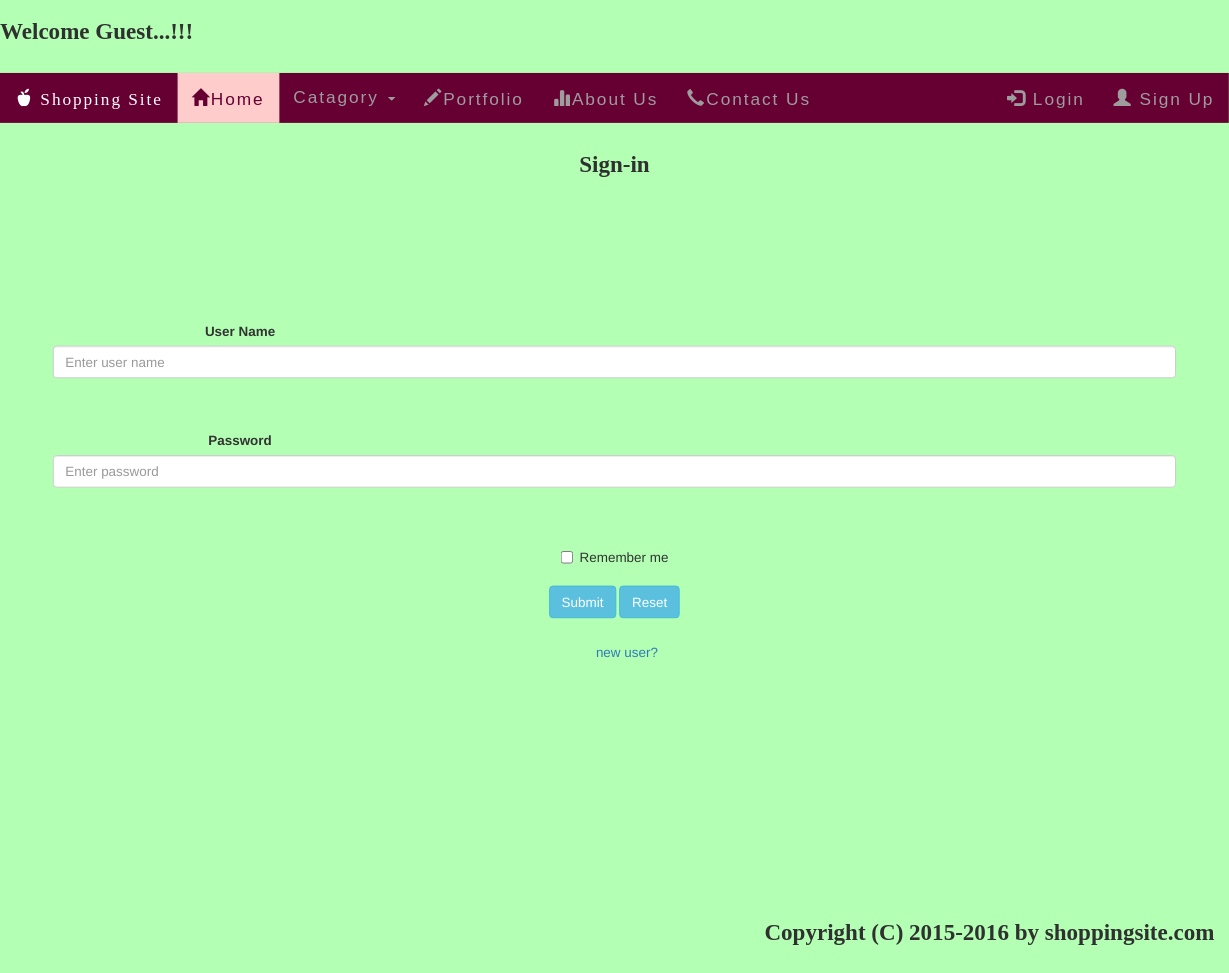
Repository: priyasuthakar/priya
Page: http://localhost/Apple/WEB-INF/views/login.jsp
An editor plug-in stored every save of this project. The page is shown before and after the next save, followed by the edit.
The browser window is 1280 px wide. The pictures show the whole page, at 96% of full size.
The page is served by Tomcat 9. Nobody is signed in. Other server files are loaded and not shown. The template is opened directly, without the code that normally fills it, so the values that code supplies are empty.

Above is the page before, as saved 2016-08-23 06:34:16.

### Apple/src/main/webapp/WEB-INF/views/login.jsp
<%@ page language="java" contentType="text/html; charset=ISO-8859-1"
	pageEncoding="ISO-8859-1"%>
<%@ taglib uri="http://java.sun.com/jsp/jstl/core" prefix="c"%>
<%@ taglib uri="http://www.springframework.org/tags" prefix="spring"%>
<%@ taglib uri="http://www.springframework.org/tags/form" prefix="form"%>
<%-- <%@ page session="false"%> --%>
<%@page isELIgnored="false"%>

<!DOCTYPE html PUBLIC "-//W3C//DTD HTML 4.01 Transitional//EN" "http://www.w3.org/TR/html4/loose.dtd">
<html>
<head>
<meta http-equiv="Content-Type" content="text/html; charset=ISO-8859-1">
<meta name="viewport" content="width=device-width, initial-scale=1">
<title>Login</title>
<!-- Latest compiled and minified CSS -->
<link rel="stylesheet"
	href="http://maxcdn.bootstrapcdn.com/bootstrap/3.3.6/css/bootstrap.min.css">

<!-- jQuery library -->
<script
	src="https://ajax.googleapis.com/ajax/libs/jquery/1.12.4/jquery.min.js"></script>

<!-- Latest compiled JavaScript -->
<script
	src="http://maxcdn.bootstrapcdn.com/bootstrap/3.3.6/js/bootstrap.min.js"></script>
<style>
h1 {
	font-size: 24px;
	color: #303030;
	font-weight: 600;
	margin-bottom: 30px;
	font-size: 24px;
}

.navbar {
	margin-bottom: 0;
	background-color: #660033;
	z-index: 9999;
	border: 0;
	font-size: 18px !important;
	line-height: 1.42857143 !important;
	letter-spacing: 2px;
	border-radius: 0;
	font-family: Montserrat, sans-serif;
}

.navbar .navbar-brand {
	color: #FFFFFF !important;
}

.navbar .li a {
	color: #FFF !important;
}

.navbar-nav li a:hover, .navbar-nav li.active a {
	color: #660033 !important;
	background-color: #FFCCCC !important;
}

.navbar-default .navbar-toggle {
	border-color: transparent;
	color: #FFCCCC !important;
}

footer .glyphicon {
	font-size: 24px;
	margin-bottom: 20px;
	color: #660033;
}
</style>

</head>
<body id="log" style="background-color: #b3ffb3">
<%@include file="Header.jsp"%>
<font face="Harlow Solid Italic"><h1>${errorMessage}</h1></font>

	<font face="Harlow Solid Italic"><h1>${successMessage}</h1></font>
	<center>
		<font face="Harlow Solid Italic"><h1>Sign-in</h1></font> <br> <br> <br> <br> <br> <br>
		<div class="container">
			<form action="login" method="post" class="form-horizontal" role="form">
				<center>
					<div class="form-group">
						<label class="col-lg-4">User Name</label>
							<input class="col-sm-4 form-control" type="text" name="username" placeholder="Enter user name"
								required="true" title="should not be empty" />
						</div>
					<br> <br>
					<div class="form-group">
						<label class="col-lg-4">Password</label>

							<input class="col-sm-4 form-control" type="password" name="password"
								placeholder="Enter password" required="true"
								title="should not be empty" />

					</div>
					<br> <br>
				</center>
				<div class="checkbox">
					<label><input type="checkbox"> Remember me</label>
				</div>
				<br>
				<div>
					<input type="submit" class="btn btn-info" /> <input type="reset"
						class="btn btn-info" />
				</div>
				<br>
				<div>

					<a href="reg"><input type="button"
						class="btn btn-link" />new user?</a>
				</div>
				<br> <br> <input type="hidden" name="${_csrf.parameterName }"
					value="${_csrf.token}" />
				<!-- 	<a href="login" class="btn btn-default" role="button">Reset</a> -->
			</form>
		</div>
	</center>
	<br>
	<br>
	<br>
	<br>
	<br>
	<br>
	<br>
	<br>
	<br>
	<br>
	<footer class="container-fluid bg-4 text-center">
	<%@include file="Footer.jsp"%>
	</footer>
</body>
</html>

### Apple/src/main/webapp/WEB-INF/views/Header.jsp
<%@ page language="java" contentType="text/html; charset=ISO-8859-1"
	pageEncoding="ISO-8859-1"%>
<%@ taglib uri="http://java.sun.com/jsp/jstl/core" prefix="c"%>
<!DOCTYPE html PUBLIC "-//W3C//DTD HTML 4.01 Transitional//EN" "http://www.w3.org/TR/html4/loose.dtd">
<html>
<head>
<meta http-equiv="Content-Type" content="text/html; charset=ISO-8859-1">
</head>
<body>
	<c:choose>
		<c:when test="${empty loggedInUser}">
			<font face="Harlow Solid Italic"><h1>Welcome Guest...!!!</h1></font>
		</c:when>
		<c:when test="${not empty loggedInUser}">
			<font face="Harlow Solid Italic"><h1>${loggedInUser}</h1></font>
		</c:when>
	</c:choose>
	<div class="responsive">
		<nav class="navbar navbar-inverse">
		<div class="container-fluid">
			<div class="navbar-header">
				<a class="navbar-brand"> <span class="glyphicon glyphicon-apple"></span>
					<font face="Script MT Bold"> Shopping Site </font>
				</a>
			</div>
			<ul class="nav navbar-nav">
				<li class="active"><a href="Home"><span
						class="glyphicon glyphicon-home"></span>Home</a></li>
				<li class="dropdown"><a class="dropdown-toggle"
					data-toggle="dropdown" href="#"> Catagory <span class="caret"></span></a>
					<ul class="dropdown-menu">
						<li><a href="product1?catname=Desktop">Desktop</a></li>
						<li><a href="product1?catname=Laptop">Laptop</a></li>
						<li><a href="product1?catname=Iphone">Iphone</a></li>
						<li><a href="product1?catname=Ipad">Ipad</a></li>
						<li><a href="product1?catname=Ipod">Ipod</a></li>
						<li><a href="product1?catname=Accessories">Accessories</a></li>
					</ul></li>
				<li><a href="portfolio"><span
						class="glyphicon glyphicon-pencil"></span>Portfolio</a></li>
				<li><a href="about"><span class="glyphicon glyphicon-stats"></span>About
						Us</a></li>
				<li><a href="contactus"><span
						class="glyphicon glyphicon-earphone"></span>Contact Us</a></li>
			</ul>
			<ul class="nav navbar-nav navbar-right">
					<c:choose>
					<c:when test="${empty loggedInUser}">
						<li><a href="login"><span
								class="glyphicon glyphicon-log-in"></span> Login</a></li>
						<li><a href="reg"><span class="glyphicon glyphicon-user"></span>
								Sign Up</a></li>
					</c:when>
					<c:when test="${not empty loggedInUser}">
					<li><a href="viewcart"><span
							class="glyphicon glyphicon-shopping-cart"></span>Cart</a></li>
						<li><a href="logout"><span
								class="glyphicon glyphicon-user"></span> Logout</a></li>
					</c:when>
				</c:choose>
			</ul>
		</div>
		</nav>
	</div>
</body>
</html>

### Apple/src/main/webapp/WEB-INF/views/Footer.jsp
<%@ page language="java" contentType="text/html; charset=ISO-8859-1"
    pageEncoding="ISO-8859-1"%>
<!DOCTYPE html PUBLIC "-//W3C//DTD HTML 4.01 Transitional//EN" "http://www.w3.org/TR/html4/loose.dtd">
<html>
<head>
<meta http-equiv="Content-Type" content="text/html; charset=ISO-8859-1">
<title>footer</title>
</head>
<body>
<nav>
<ul class="nav navbar-nav navbar-right">
<footer class="container-fluid bg-4 text-center">
  <font face="Harlow Solid Italic" color="#FFFFF"><h1>Copyright (C) 2015-2016 by shoppingsite.com </h1></font>
</footer>
</ul>
</nav>
</body>
</html>

After the next save:
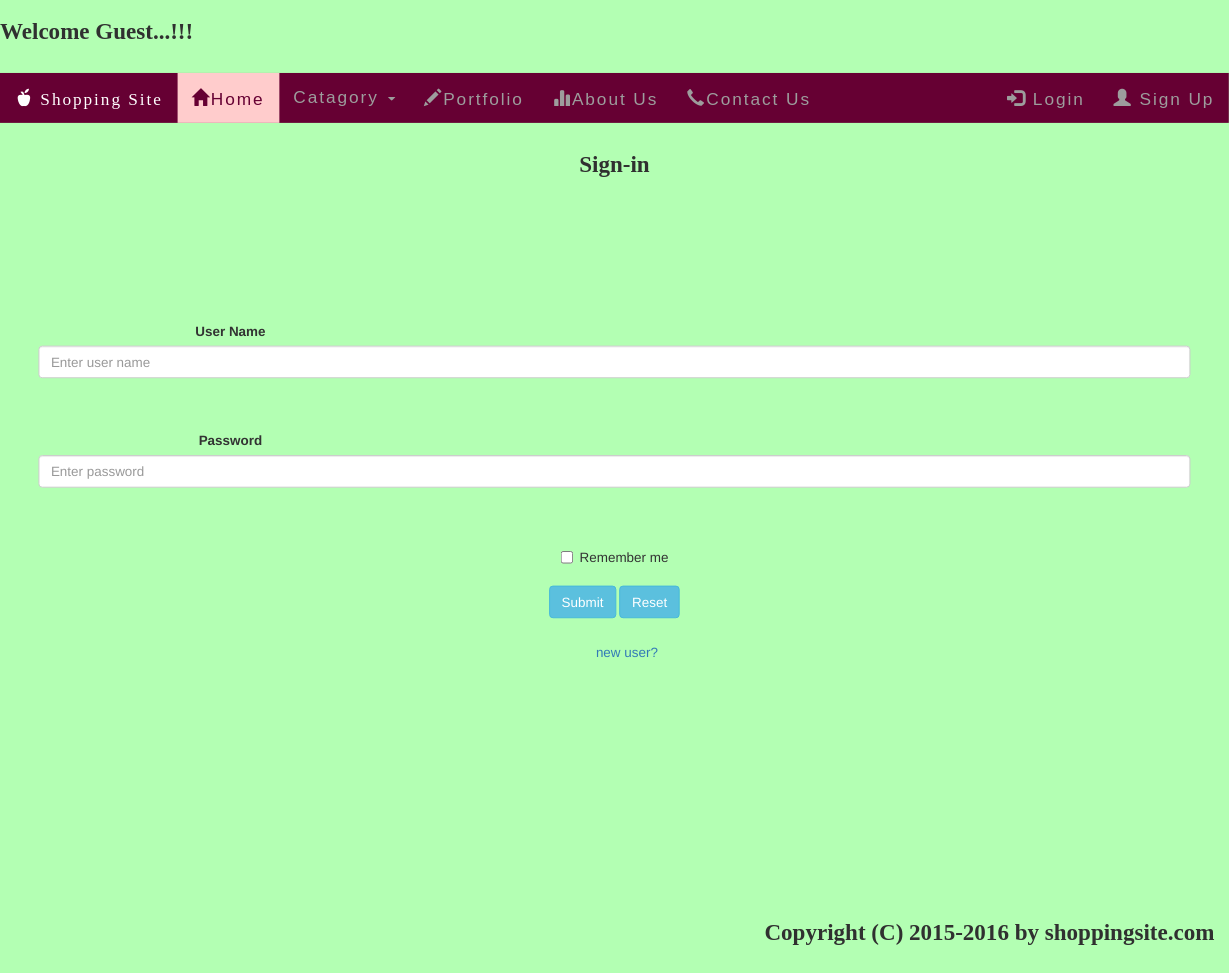
Saved 101 s later.
--- a/Apple/src/main/webapp/WEB-INF/views/login.jsp
+++ b/Apple/src/main/webapp/WEB-INF/views/login.jsp
@@ -80,19 +80,21 @@
 		<div class="container">
 			<form action="login" method="post" class="form-horizontal" role="form">
 				<center>
+				<div class="row">
 					<div class="form-group">
 						<label class="col-lg-4">User Name</label>
-							<input class="col-sm-4 form-control" type="text" name="username" placeholder="Enter user name"
+							<input class="col-sm-2 form-control" type="text" name="username" placeholder="Enter user name"
 								required="true" title="should not be empty" />
 						</div>
+						</div>
 					<br> <br>
+					<div class="row">
 					<div class="form-group">
 						<label class="col-lg-4">Password</label>
-
-							<input class="col-sm-4 form-control" type="password" name="password"
+							<input class="col-sm-2 form-control" type="password" name="password"
 								placeholder="Enter password" required="true"
 								title="should not be empty" />
-
+						</div>
 					</div>
 					<br> <br>
 				</center>

After the save that followed:
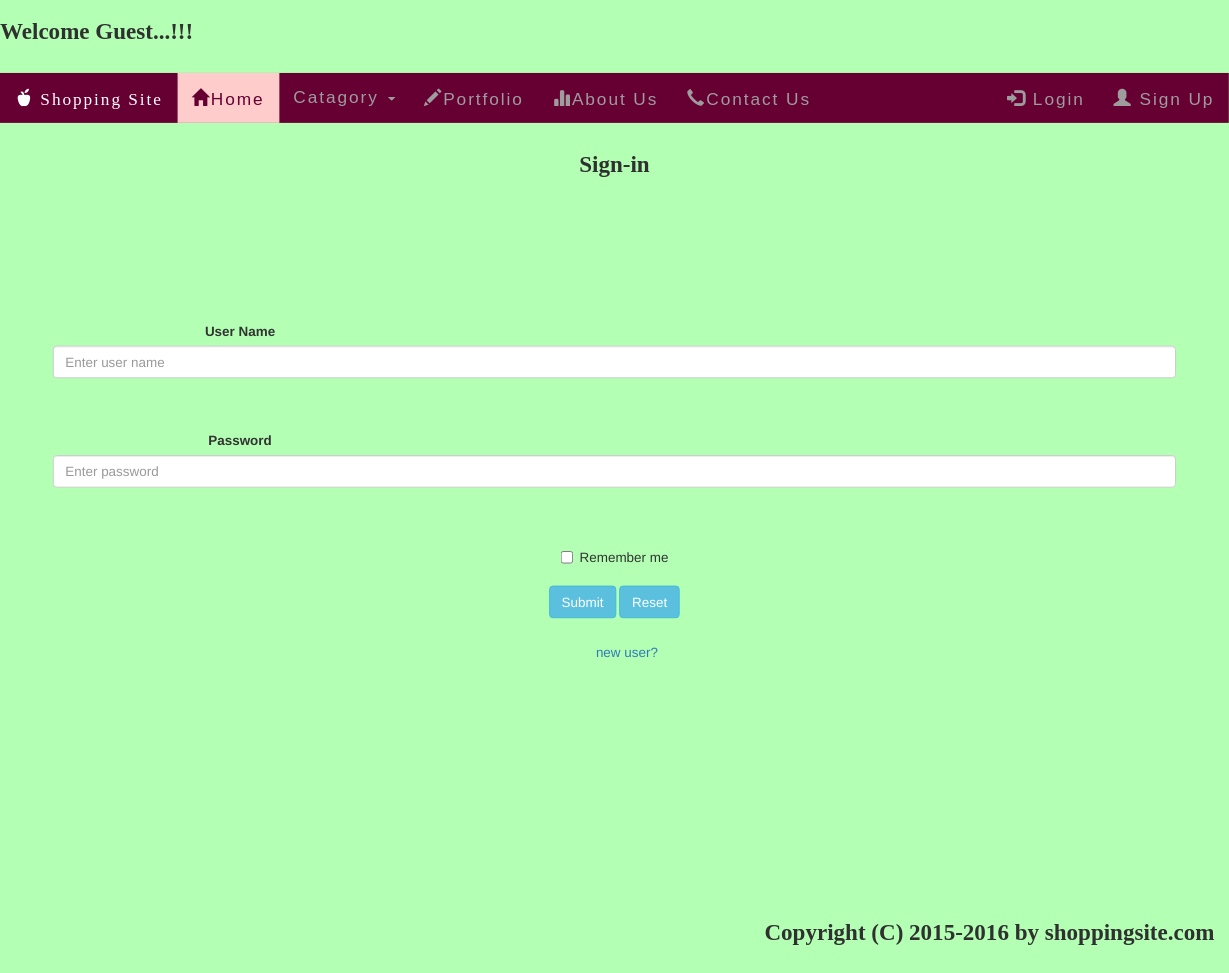
Saved 6 min 8 s later.
--- a/Apple/src/main/webapp/WEB-INF/views/login.jsp
+++ b/Apple/src/main/webapp/WEB-INF/views/login.jsp
@@ -80,21 +80,19 @@
 		<div class="container">
 			<form action="login" method="post" class="form-horizontal" role="form">
 				<center>
-				<div class="row">
 					<div class="form-group">
 						<label class="col-lg-4">User Name</label>
 							<input class="col-sm-2 form-control" type="text" name="username" placeholder="Enter user name"
 								required="true" title="should not be empty" />
 						</div>
-						</div>
 					<br> <br>
-					<div class="row">
 					<div class="form-group">
 						<label class="col-lg-4">Password</label>
+
 							<input class="col-sm-2 form-control" type="password" name="password"
 								placeholder="Enter password" required="true"
 								title="should not be empty" />
-						</div>
+
 					</div>
 					<br> <br>
 				</center>
